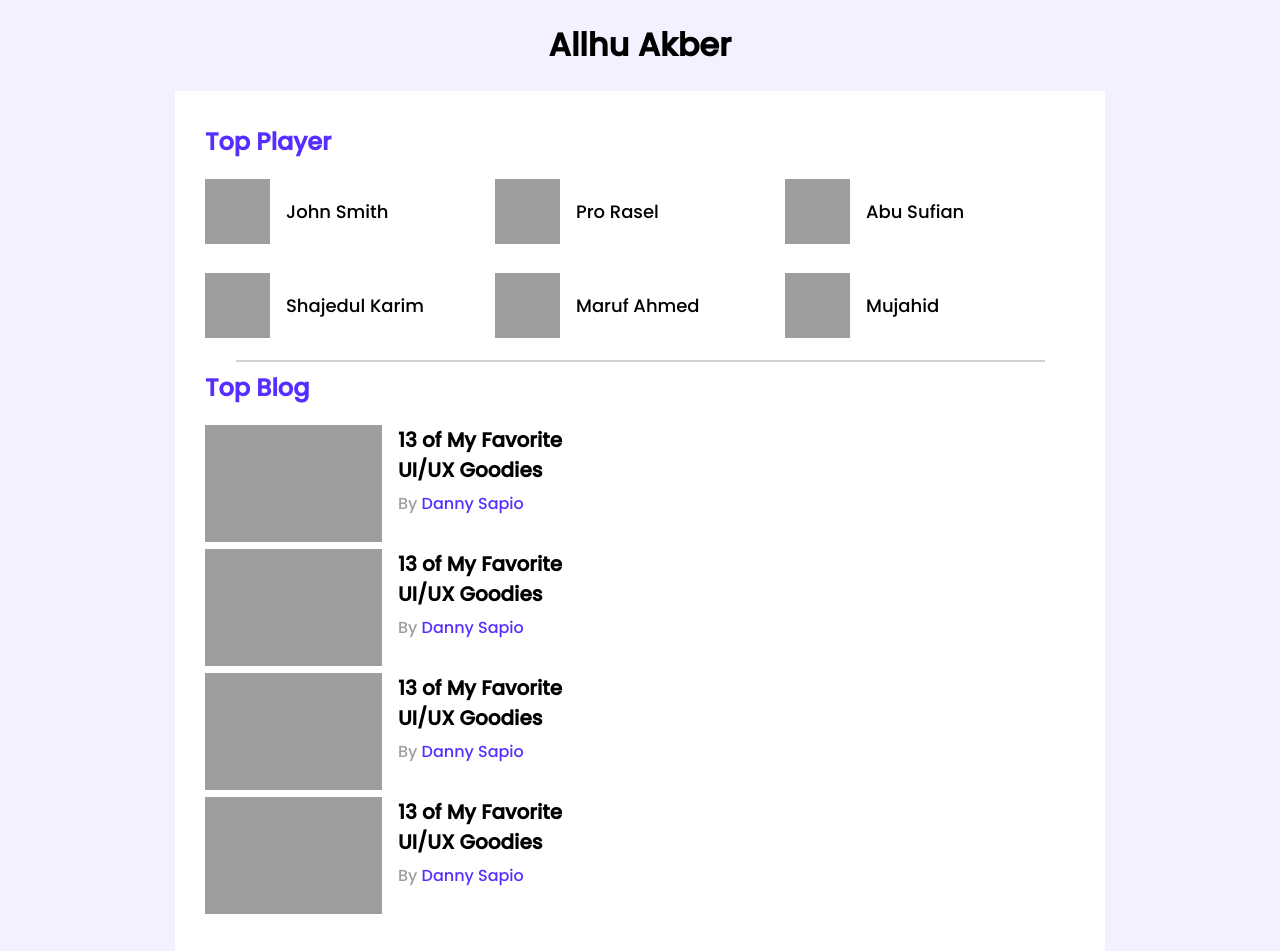
Repository: zjria/leader-board
Page: index.html
The author's editor kept a copy of each file at every save. The page is drawn from the files as they stood at one save, then again after the next save.
The browser window is 1280 px wide. The pictures show the whole page.
Pictures or frames that could not be fetched are drawn as grey boxes.

Above is the page before, as saved 2022-09-04 08:36:10.

After the next save:
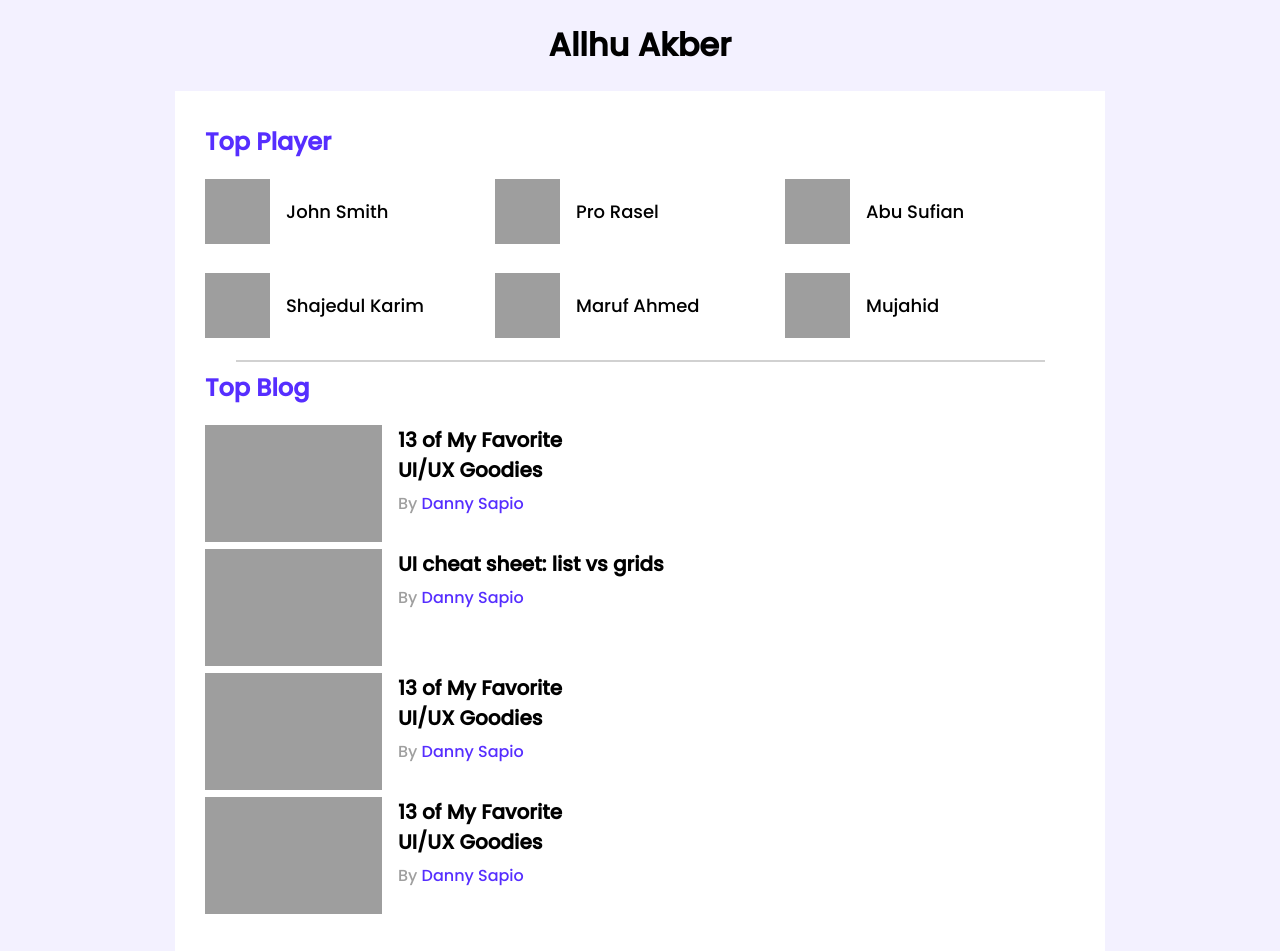
Saved 54 s later.
--- a/index.html
+++ b/index.html
@@ -67,7 +67,8 @@
                         <img src="images/blogs/blog-2.png" alt="">
                     </div>
                     <div class="blog-contain">
-                        <h2>13 of My Favorite <br> UI/UX Goodies</h2>
+                        <h2>UI cheat sheet:
+                            list vs grids</h2>
                         <p class="blog-auther">By <a href="">Danny Sapio</a></p>
                     </div>
                 </article>
